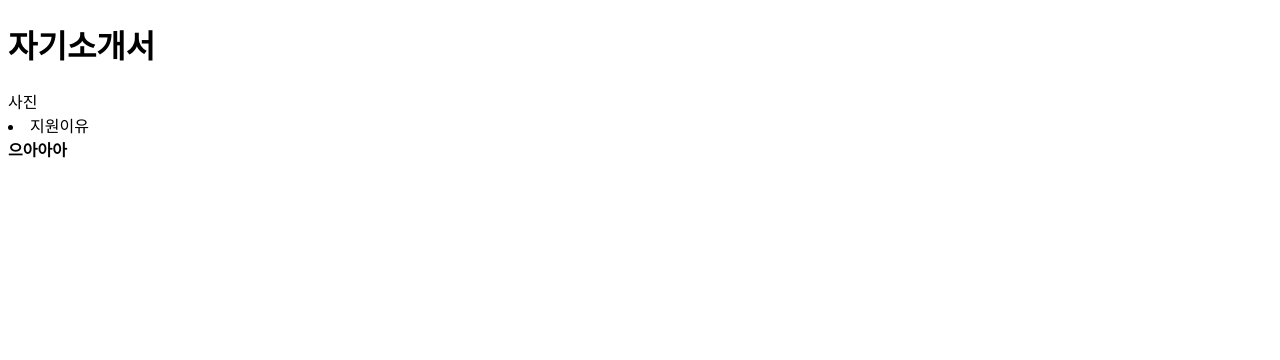
Repository: DongHyenYoo/DongHyen
Page: JdbcStudy/HTMLTEST/WebContent/SelfIntro.html
An editor plug-in stored every save of this project. The page is shown before and after the next save, followed by the edit.
The browser window is 1280 px wide. The pictures show the whole page.

Above is the page before, as saved 2022-09-23 07:09:21.

### JdbcStudy/HTMLTEST/WebContent/SelfIntro.html
<!DOCTYPE html>
<html>
<head>
<meta charset="UTF-8">
<title>Insert title here</title>
</head>
<body>
<h1>자기소개서</h1>

사진

<li>지원이유</li>



<strong>으아아아</strong>
</body>
</html>

After the next save:
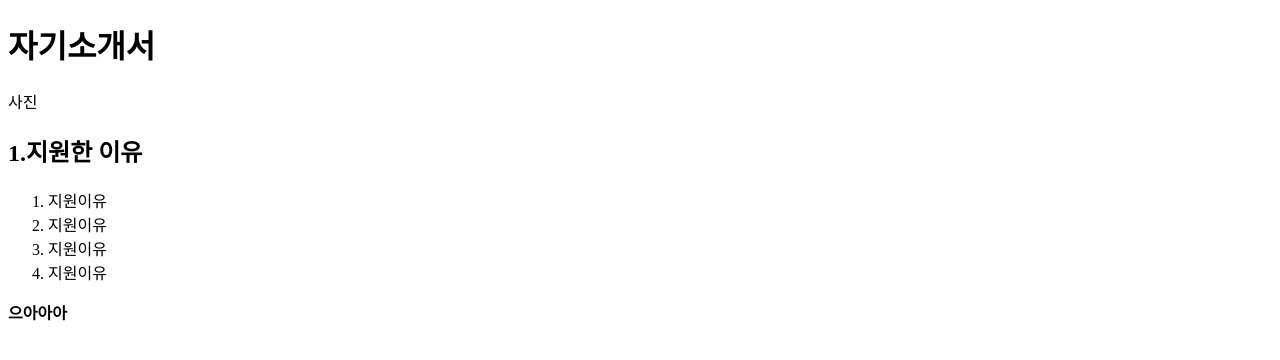
Saved 79 s later.
--- a/JdbcStudy/HTMLTEST/WebContent/SelfIntro.html
+++ b/JdbcStudy/HTMLTEST/WebContent/SelfIntro.html
@@ -9,7 +9,16 @@
 
 사진
 
+<h2>1.지원한 이유</h2>
+<ol>
 <li>지원이유</li>
+<li>지원이유</li>
+<li>지원이유</li>
+<li>지원이유</li>
+</ol>
+
+
+
 
 
 
